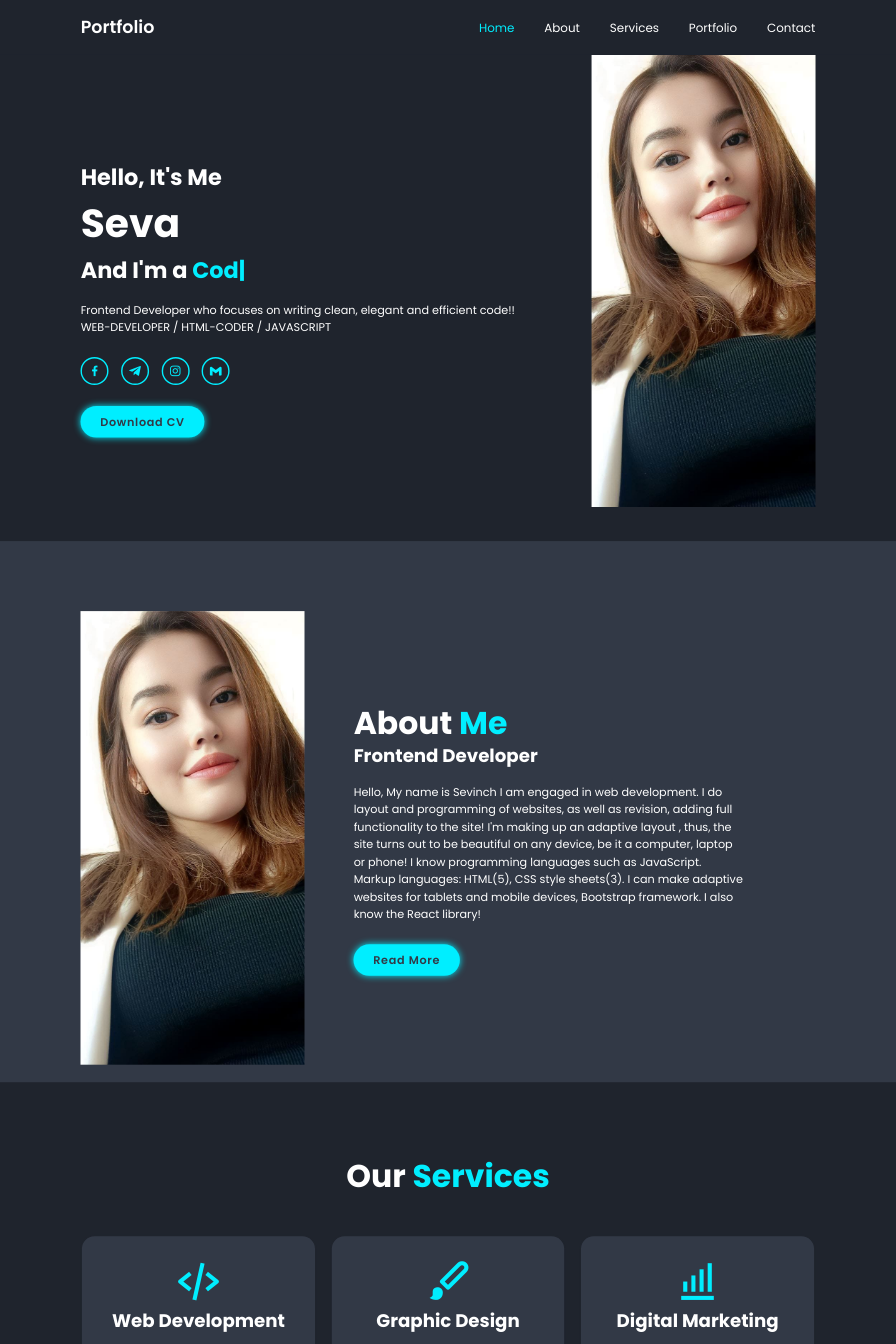
Repository: Seva2705/portfolio
Page: index.html
The author's editor kept a copy of each file at every save. The page is drawn from the files as they stood at one save, then again after the next save.
The browser window is 1280 px wide. The pictures show the part of the page from y = 0 to 1920 px (the page is 3066 px tall before and 2346 px after), at 70% of full size.

Above is the page before, as saved 2023-10-21 19:40:10.

After the next save:
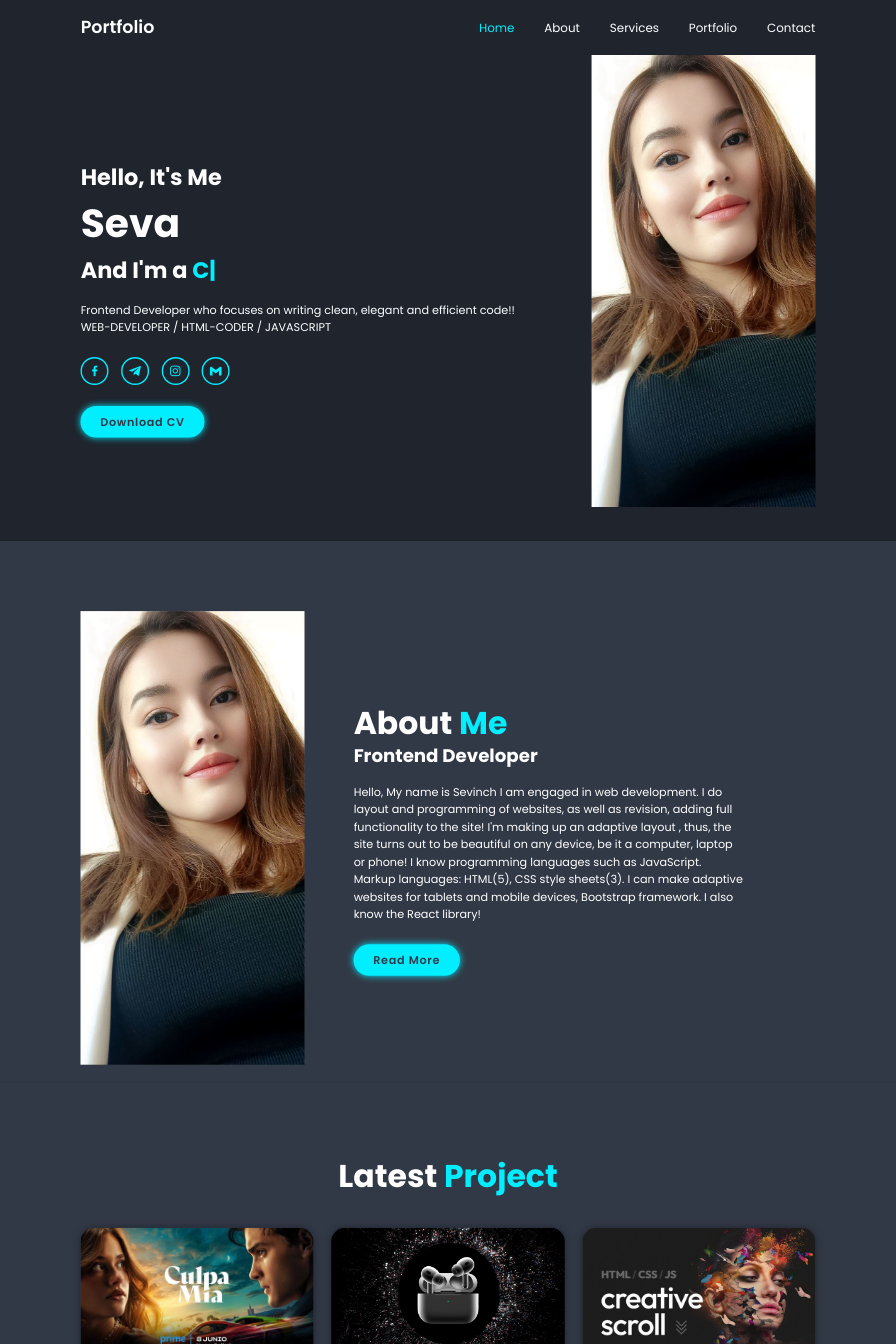
Saved 10 s later.
--- a/index.html
+++ b/index.html
@@ -65,7 +65,7 @@
     </section>
 
     <!-- services section design -->
-    <section class="services" id="services">
+    <!-- <section class="services" id="services">
         <h2 class="heading">Our <span>Services</span></h2>
 
         <div class="services-container">
@@ -88,7 +88,7 @@
                 <a href="#" class="btn">Read More</a>
             </div>
         </div>
-    </section>
+    </section> -->
 
     <!-- Portfolio section design -->
     <section class="portfolio" id="portfolio">
